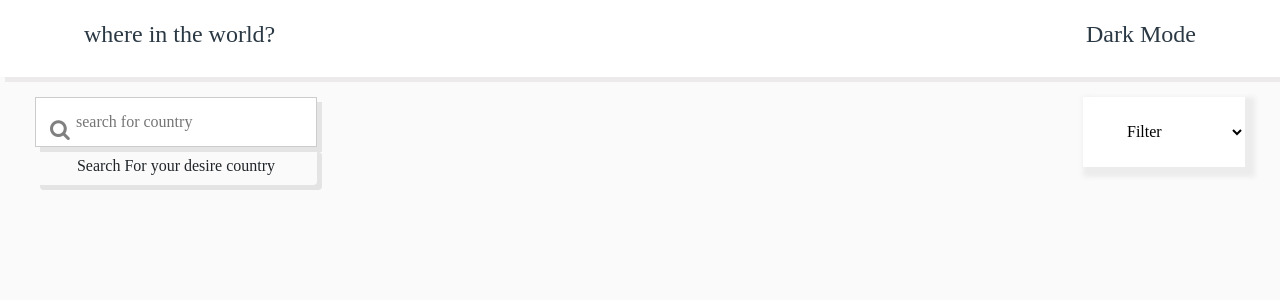
Repository: lamilekan263/countries
Page: /
These files come from the project's save history. The page is drawn as it stood at one moment and after the next save; the edit follows.
The browser window is 1280 px wide. The pictures show the whole page.
The page's requests for data from a server got no answer. The project was rebuilt for these pictures with package versions that can differ from the ones it lists, and the page was loaded fresh each time. No one was signed in, and anything a server would have sent is missing. Also part of the build but not shown: src/components/country/country.css, src/components/country/country.jsx.

Above is the page before, as saved 2020-08-03 14:11:11.

After the next save:
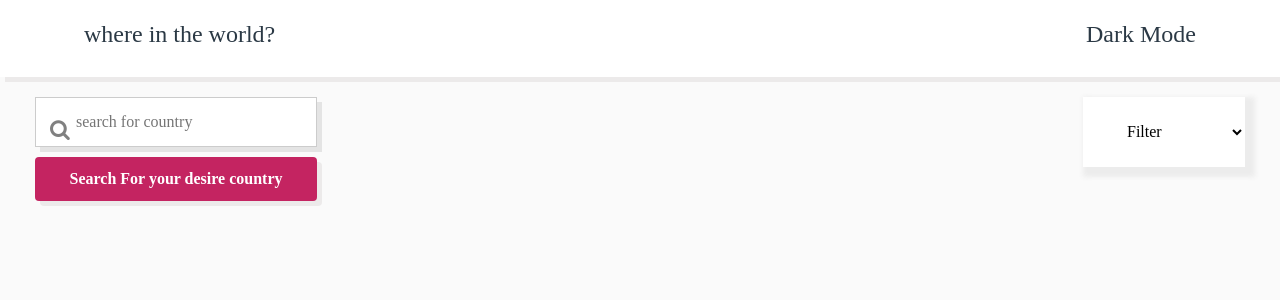
Saved 15 s later.
--- a/src/components/form.component/form.styles.css
+++ b/src/components/form.component/form.styles.css
@@ -13,7 +13,7 @@
     }
 }
 
-button{
+.btn{
     margin:10px 0;
     width:100%;
     border: none;
